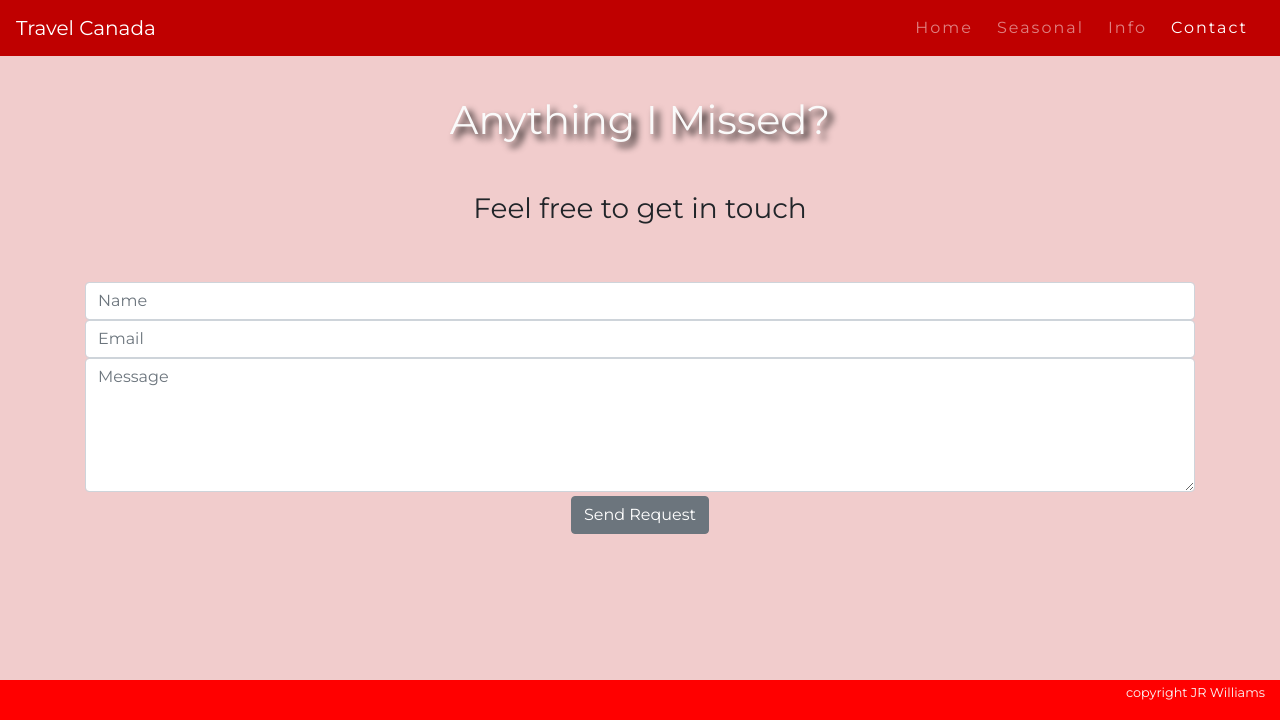
Repository: JonWil91/Travel-Canada
Page: contact.html
The author's editor kept a record of every edit. The page is drawn from the files as they stood at one moment, then again after the next edit.
The browser window is 1280 px wide. The pictures show the whole page.
Some web libraries are served in a nearby version.

Above is the page before.

After the next edit:
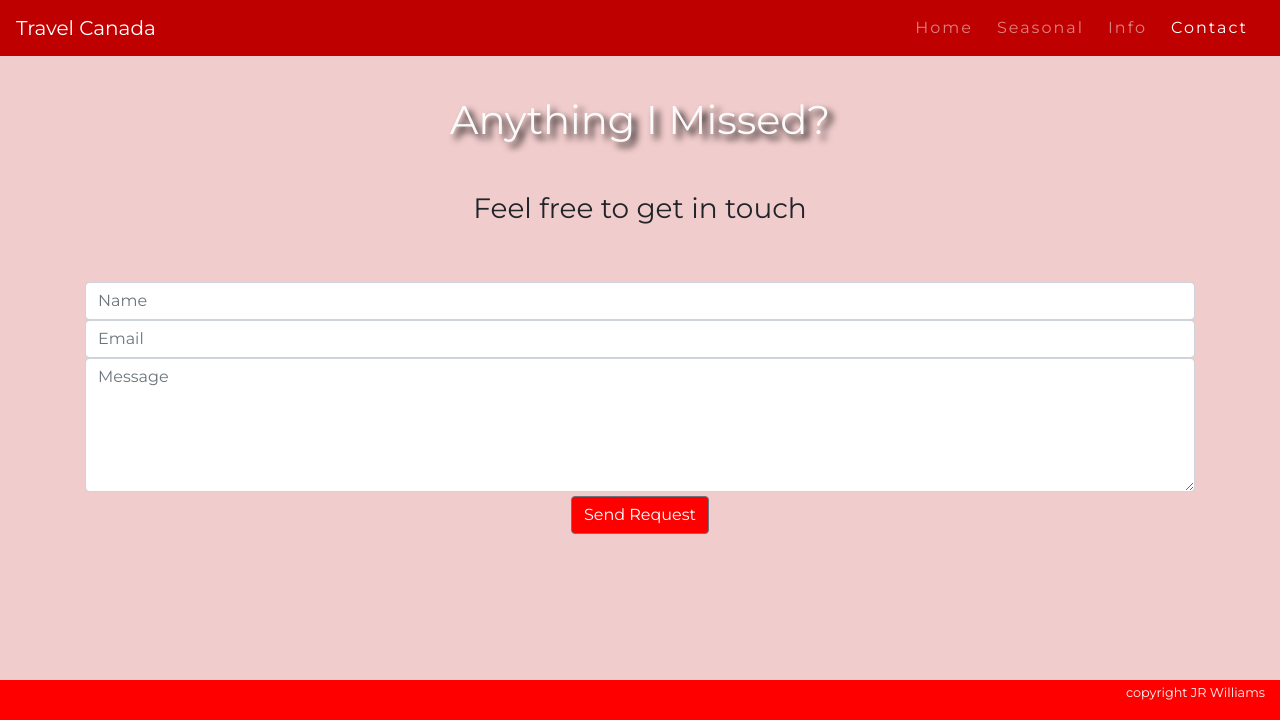
The edit:
--- a/contact.html
+++ b/contact.html
@@ -59,7 +59,7 @@
                             <textarea rows="5" name="message" id="message" class="form-control" placeholder="Message" required></textarea>
                             <div class="form-row text-center">
                                 <div class="col my-1">
-                                    <button type="submit" class="btn btn-secondary">Send Request</button>
+                                    <button type="submit" class="btn btn-secondary contact-button">Send Request</button>
                                 </div>
                             </div>
                         </form>
